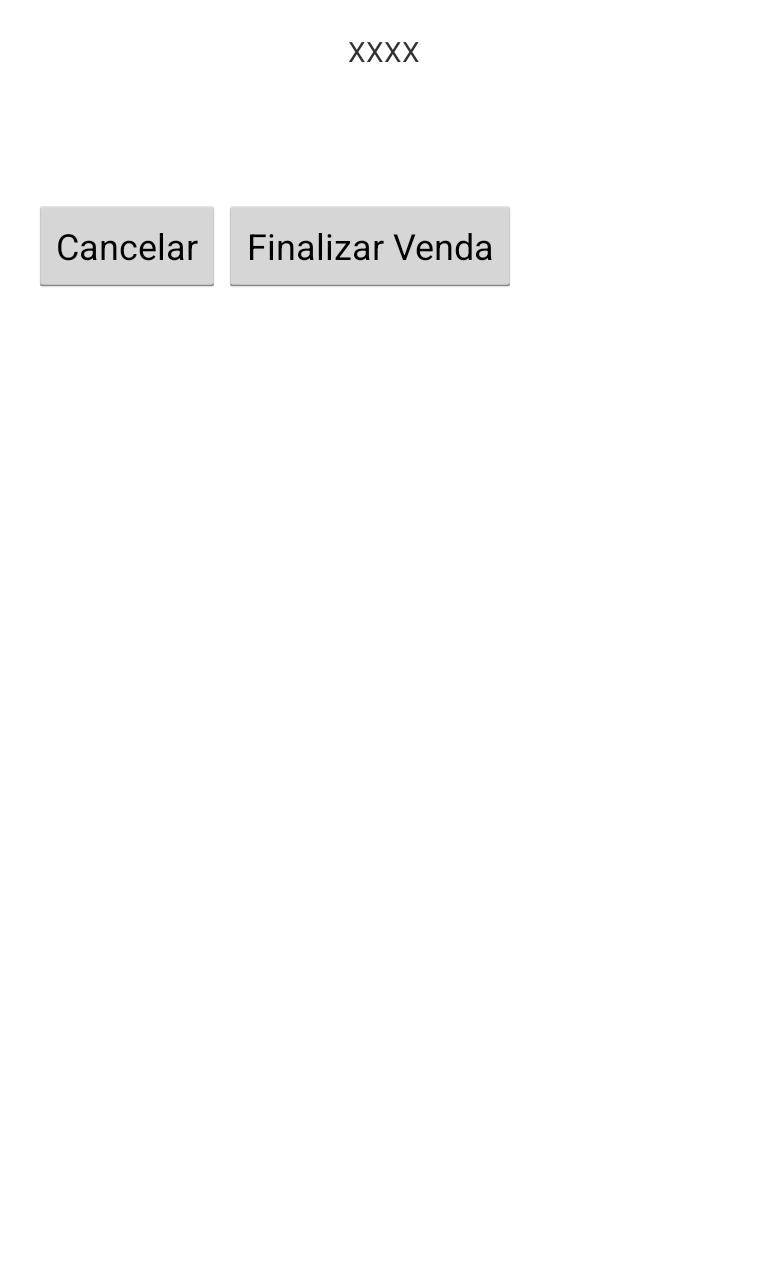
Repository: tmalveirac/mobpdv
Layout: WorkspaceAndroid/MobPDVProjet/res/layout/activity_venda.xml
An editor plug-in stored every save of this project. The layout is shown before and after the next save, followed by the edit.
It is drawn on a 768 x 1280 px phone screen (xhdpi) without system bars, with theme AppTheme; the app's code is not run. Lists and similar views that code fills are empty.

Above is the layout before, as saved 2013-06-04 13:34:36.

### WorkspaceAndroid/MobPDVProjet/res/layout/activity_venda.xml
<LinearLayout xmlns:android="http://schemas.android.com/apk/res/android"
    xmlns:tools="http://schemas.android.com/tools"
    android:layout_width="match_parent"
    android:layout_height="match_parent"
    android:orientation="vertical"
    android:paddingBottom="@dimen/activity_vertical_margin"
    android:paddingLeft="@dimen/activity_horizontal_margin"
    android:paddingRight="@dimen/activity_horizontal_margin"
    android:paddingTop="@dimen/activity_vertical_margin"
    tools:context=".VendaActivity" >

    <TextView
        android:id="@+id/txtPedidoTotal"
        android:layout_width="wrap_content"
        android:layout_height="wrap_content"
        android:text="@string/txtPedidoTotal"
        android:layout_gravity="center_horizontal"/>


     <LinearLayout
        android:id="@+id/pedidoView"
        android:layout_width="fill_parent"
        android:layout_height="wrap_content"
        android:orientation="vertical" >

         <ListView
             android:id="@+id/listView1"
             android:layout_width="match_parent"
             android:layout_height="64dp" >
         </ListView>

    </LinearLayout>



    <LinearLayout
        android:layout_width="match_parent"
        android:layout_height="wrap_content" >

        <Button
            android:id="@+id/button1"
            android:layout_width="wrap_content"
            android:layout_height="wrap_content"
            android:text="@string/btnCancelarVenda" />

        <Button
            android:id="@+id/button2"
            android:layout_width="wrap_content"
            android:layout_height="wrap_content"
            android:text="@string/btnFinalizarVenda" />

    </LinearLayout>

</LinearLayout>

### WorkspaceAndroid/MobPDVProjet/res/values/strings.xml
<?xml version="1.0" encoding="utf-8"?>
<resources>

    <string name="app_name">MobPDV</string>
    <string name="action_settings">Configurações</string>
    <string name="hello_world">Hello world!</string>
    <string name="btnAbrCxa">Abrir Caixa</string>
    <string name="btnIniVda">Iniciar Venda</string>
    <string name="btnFecCxa">Fechar Caixa</string>
    <string name="btnVerCdp">Ver Cardápio</string>
    <string name="btnBpdt">Buscar Produto</string>
    <string name="title_activity_ciclo_vida">CicloVida</string>
    <string name="title_activity_pedido">Pedido</string>
    <string name="title_activity_cardapio">Cardapio</string>
    <string name="txtMain">MobPDV</string>
    <string name="btnCancelarPedido">Cancelar</string>
    <string name="btnRealizarPedido">Realizar Pedido</string>
    <string name="title_activity_venda">VendaActivity</string>
    <string name="txtTotalPedido">Total a pagar: R$ XX</string>
    <string name="btnCancelarVenda">Cancelar</string>
    <string name="btnFinalizarVenda">Finalizar Venda</string>
    <string name="title_activity_pagamento">PagamentoActivity</string>
    <string name="btnConfirmarPg">Confirmar</string>
    <string name="btnCancelarPg">Cancelar</string>
    <string name="title_activity_venda_final">VendaFinalActivity</string>
    <string name="txtTotalPago">Total Pago: R$ XX</string>
    <string name="btnGerarComp">Gerar Comprovante</string>
    <string name="txtTotal">TOTAL R$ 0.00</string>
    <string name="txtPedidoTotal">XXXX</string>

</resources>

Loaded but not shown: WorkspaceAndroid/MobPDVProjet/res/values/styles.xml (common file); WorkspaceAndroid/MobPDVProjet/res/values-v11/styles.xml (common file); WorkspaceAndroid/MobPDVProjet/res/values-v14/styles.xml (common file); WorkspaceAndroid/MobPDVProjet/res/values/dimens.xml (common file)

After the next save:
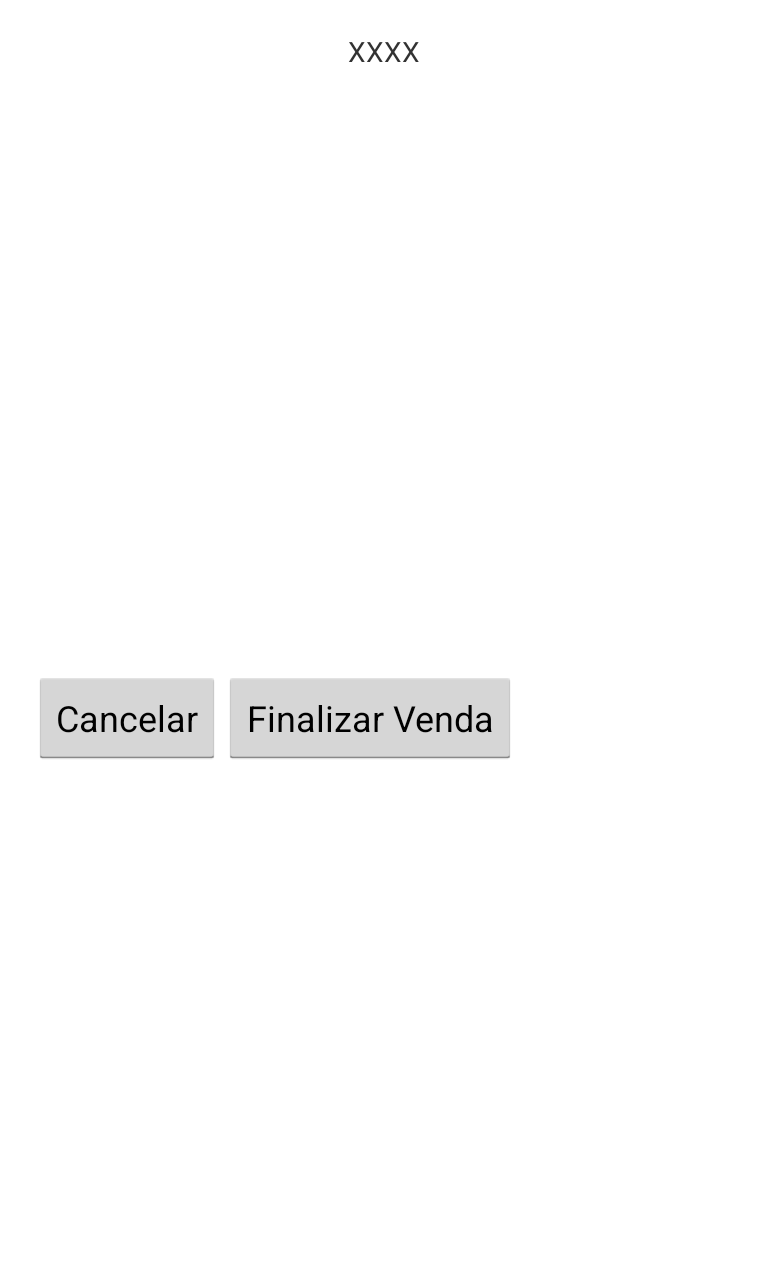
Saved 7 min 1 s later.
--- a/WorkspaceAndroid/MobPDVProjet/res/layout/activity_venda.xml
+++ b/WorkspaceAndroid/MobPDVProjet/res/layout/activity_venda.xml
@@ -26,7 +26,7 @@
          <ListView
              android:id="@+id/listView1"
              android:layout_width="match_parent"
-             android:layout_height="64dp" >
+             android:layout_height="300dp" >
          </ListView>
 
     </LinearLayout>
